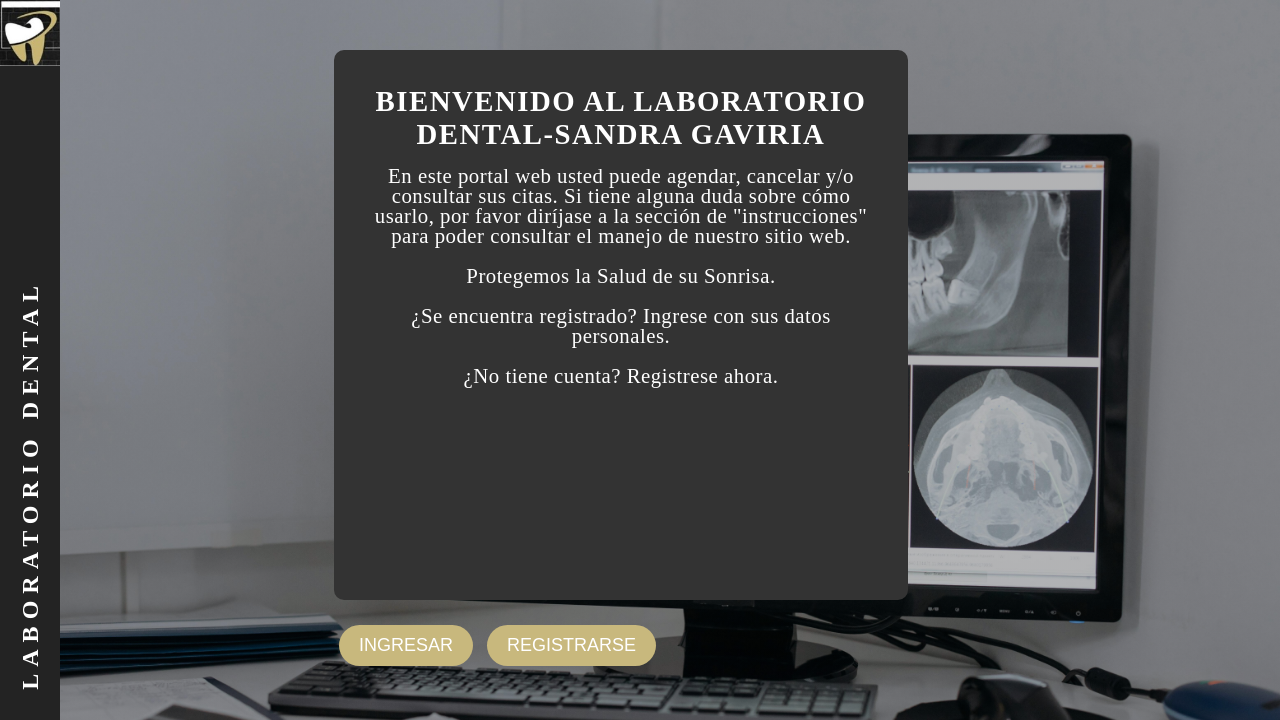
Repository: IIntef/ProyectoDental2.0
Page: Proyecto/Proyecto/Fer.html
The author's editor kept a copy of each file at every save. The page is drawn from the files as they stood at one save, then again after the next save.
The browser window is 1280 px wide. The pictures show the whole page.

Above is the page before, as saved 2024-06-14 16:47:42.

After the next save:
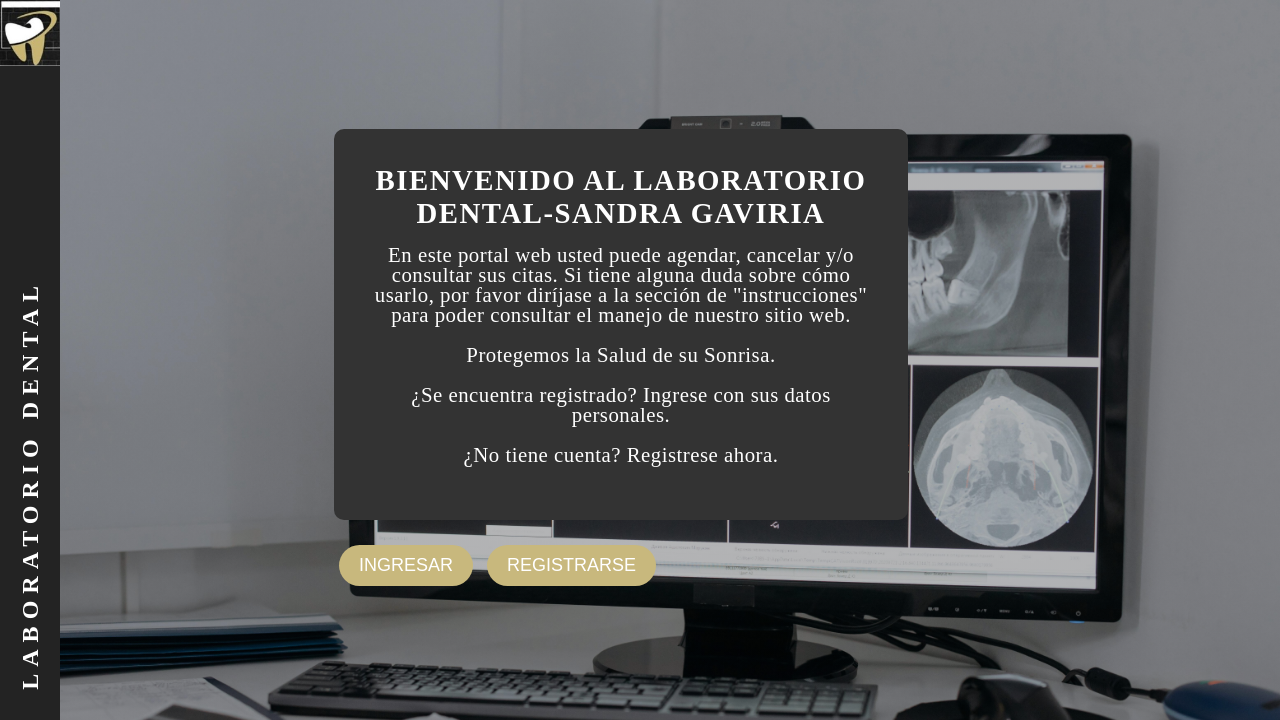
Saved 18 s later.
--- a/Proyecto/Proyecto/StyleFer.css
+++ b/Proyecto/Proyecto/StyleFer.css
@@ -33,15 +33,7 @@ main{
 }
 
 .container{
-    background: #383A3F;
-    border-radius: 10px;
-    box-shadow: 0 14px 28px rgba(0, 0, 0, 0.25), 0 10px 10 px rgba(0, 0, 0, 0.22);
-    position: relative;
-    overflow: hidden;
-    width: 80vw;
-    max-width: 876px;
-    min-height: 480px;
-    text-align: center;
+
     background-color: #333;
     color: #ffffff;
     padding: 35px;
